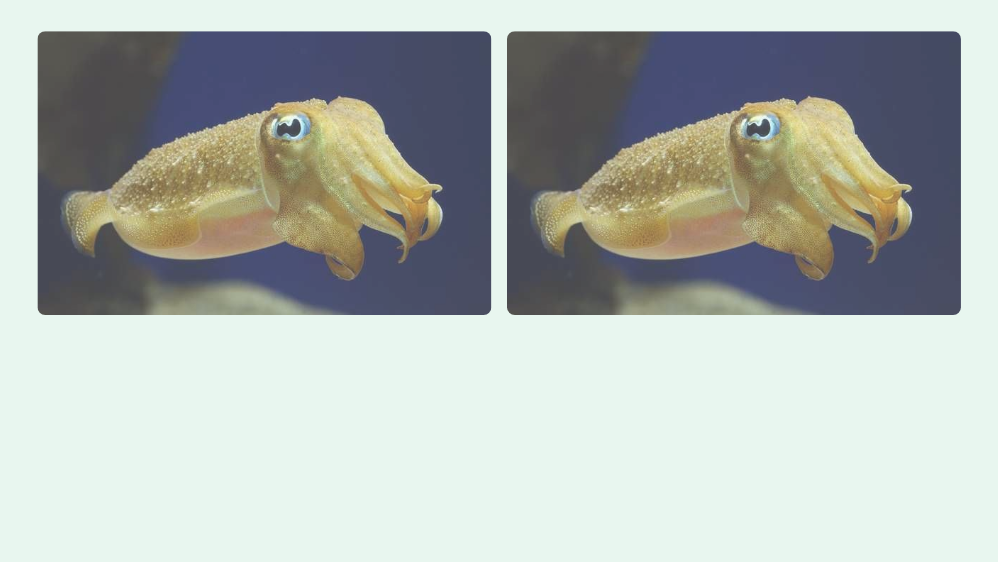
Repository: neomort/comm-lab-vid-site
Page: index.html
The author's editor kept a copy of each file at every save. The page is drawn from the files as they stood at one save, then again after the next save.
The browser window is 1280 px wide. The pictures show the whole page, at 78% of full size.

Above is the page before, as saved 2021-09-23 02:53:48.

After the next save:
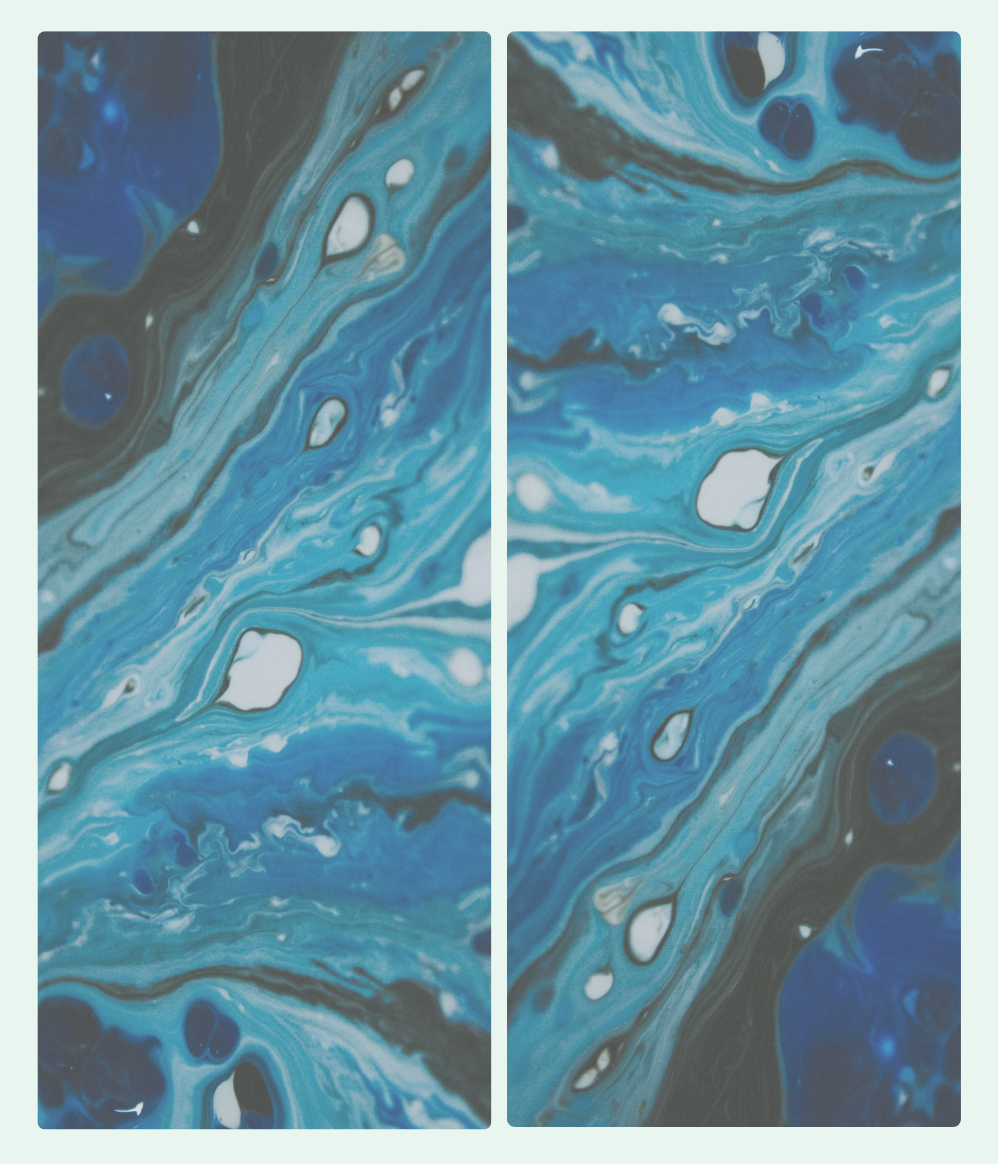
Saved 3 min 19 s later.
--- a/index.html
+++ b/index.html
@@ -12,13 +12,13 @@
       <div class="row">
         <a href="watch.html">
          <div class="column container">
-          <img class="image-1" src="images/cuddle.jpg" />
+          <img class="image-1" src="images/Rectangle 20.png" />
           <H1 class="font centered-text text-light show">Watch</H1>
         </div>
       </a>
       <a href="links.html">
         <div class="column-2 container">
-          <img class="image-1" src="images/cuddle.jpg" />
+          <img class="image-1" src="images/Rectangle 21.png" />
           <H1 class="font centered-text text-light show">Explore</H1>
         </div>
       </a>
